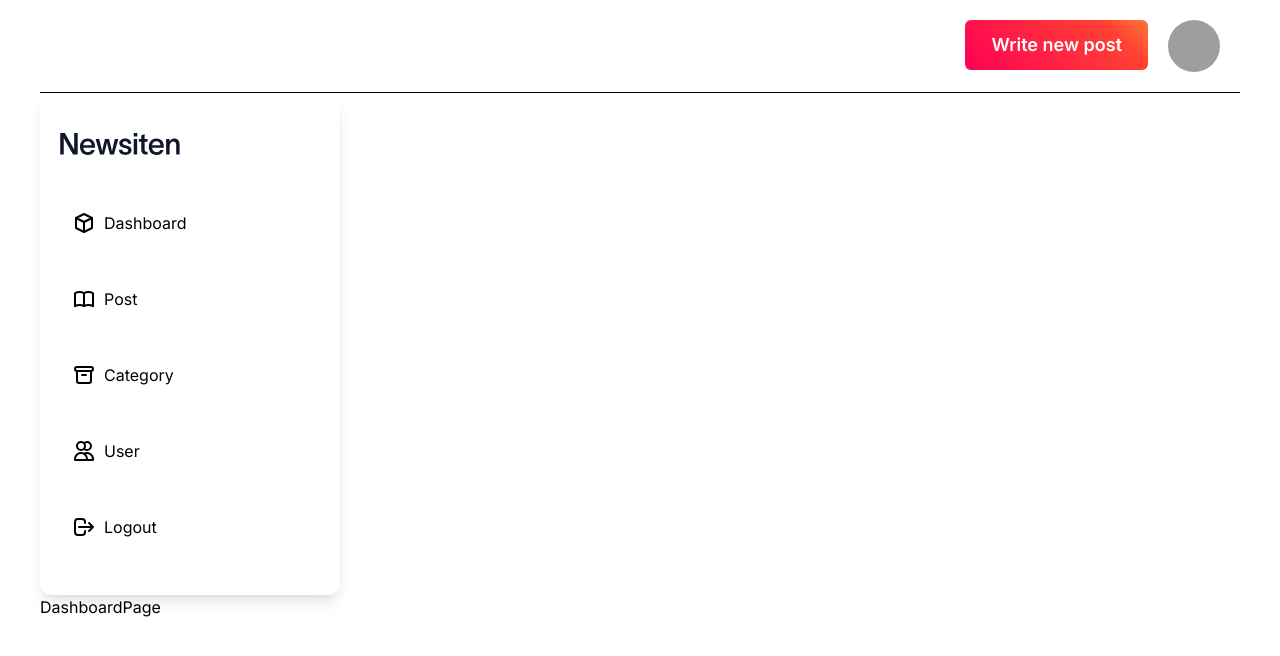
Repository: BrianPhamDev/Blog-App
Page: /dashboard
An editor plug-in stored every save of this project. The page is shown before and after the next save, followed by the edit.
The browser window is 1280 px wide. The pictures show the whole page.
Pictures or frames that could not be fetched are drawn as grey boxes. The project was rebuilt for these pictures with package versions that can differ from the ones it lists, and the page was loaded fresh each time. Also part of the build but not shown: src/pages/signUpPage/signUpPage.scss, src/components/label/label.scss, src/components/label/Label.js, src/components/input/input.scss, src/components/input/Input.js, src/components/input/InputPasswordToggle.js, src/components/input/index.js, src/pages/authenticationPage/authenticationPage.scss and 23 more. Imported but missing from the stored project, and not drawn on this page: src/components/icons.

Above is the page before, as saved 2023-08-02 21:08:47.

### public/index.html
<!DOCTYPE html>
<html lang="en">
  <head>
    <meta charset="utf-8" />

    <meta name="viewport" content="width=device-width, initial-scale=1" />

    <title>React App</title>
  </head>
  <body>
    <div id="root"></div>
  </body>
</html>

### src/index.js
import React from "react";
import "./styles/index.scss";
import App from "./App";
import reportWebVitals from "./reportWebVitals";
import { BrowserRouter } from "react-router-dom";
import { createRoot } from "react-dom/client";
import { ToastContainer } from "react-toastify";
import "react-toastify/dist/ReactToastify.css";

const container = document.getElementById("root");
const root = createRoot(container);

root.render(
  <React.StrictMode>
    <BrowserRouter>
      <App />
      <ToastContainer></ToastContainer>
    </BrowserRouter>
  </React.StrictMode>
);

reportWebVitals();

### src/styles/index.scss
@tailwind base;
@tailwind components;
@tailwind utilities;

@import "reset";
@import url("https://fonts.googleapis.com/css2?family=Inter:wght@100;200;300;400;500;600;700;800;900&display=swap");

@layer base {
  :root {
    --primary: #ff0055;
    --primary-active: #e5004c;
    --primary-grad2: #ff4133;
    --grad2-active: #e53a2e;
    --primary-grad3: #ff7633;
    --grad3-active: #e56a2e;
    --primary-d: #ff1a66;
    --primary-grad2-d: #ff5448;
    --primary-grad3-d: #ff8448;
    --danger: #f00;
    --danger-active: #e50000;
    --border-inactive: #ccc;
    --background-active: #000000;
    --background-inactive: #e7ecf3d6;
    --inactive: rgb(54, 54, 54);
    --text-meta: #91a8b0;
    --gray-300: rgb(237, 243, 245);
  }

  html {
    font-family: "Inter", system-ui, sans-serif;
  }
}

@layer utilities {
  .container {
    width: 100%;
    max-width: 1600px;
    margin: 0 auto;
    padding: 0 40px;
  }

  .background-gradient {
    background-image: linear-gradient(
      45deg,
      var(--primary) 0%,
      var(--primary-grad2) 80%,
      var(--primary-grad3) 100%
    );
  }

  .text-gradient {
    background-image: linear-gradient(
      45deg,
      var(--primary) 0%,
      var(--primary-grad2) 80%,
      var(--primary-grad3) 100%
    );
    background-clip: text;
    color: transparent;
  }

  .heading-1 {
    color: #000000;
    font-size: 38px;
    font-weight: 900;
    line-height: 47px;
  }

  .heading-2 {
    font-size: 30px;
    font-weight: 800;
    line-height: 38px;
  }

  .heading-3 {
    font-weight: 600;
    line-height: 28.8px;
    font-size: 16px;
  }

  .heading-4 {
    font-style: 14px;
    line-height: 20px;
    font-weight: 500;
  }

  .bodycopy {
    font-size: 16px;
    line-height: 27.2px;
    font-weight: 400;
  }

  .meta {
    font-style: 12px;
    font-weight: 400;
    line-height: 17px;
  }

  .button-text {
    @apply underline;
    font-size: 14px;
    color: var(--inactive);
    font-weight: 400;
  }

  .input-icon {
    position: absolute;
    right: 20px;
    top: 50%;
    transform: translateY(-50%);
    cursor: pointer;
  }

  .smooth-transition {
    @apply transition-all ease-in-out duration-200;
  }

  .hover-active {
    &:hover,
    &:active {
      @apply background-gradient smooth-transition;
    }
  }
}

### src/App.js
import { Routes, Route } from "react-router-dom";
import { AuthProvider } from "./contexts/auth-context";
import SignUpPage from "./pages/signUpPage/SignUpPage";
import SignInPage from "./pages/signInPage/SignInPage";
import HomePage from "./pages/homePage/HomePage";
import NotFoundPage from "./pages/notFoundPage/NotFoundPage";
import PostDetailsPage from "./module/Post/PostDetails/PostDetailsPage";
import DashboardPage from "./pages/dashboardPage.js/DashboardPage";
import DashboardLayout from "./module/dashboard/DashboardLayout";

function App() {
  return (
    <div>
      <AuthProvider>
        <Routes>
          <Route path="/" element={<HomePage />}></Route>
          <Route path="/sign-up" element={<SignUpPage />}></Route>
          <Route path="/sign-in" element={<SignInPage />}></Route>

          <Route path="*" element={<NotFoundPage />}></Route>
          <Route path="/:slug" element={<PostDetailsPage />}></Route>
          <Route element={<DashboardLayout />}>
            <Route path="/dashboard" element={<DashboardPage />}></Route>
          </Route>
        </Routes>
      </AuthProvider>
    </div>
  );
}

export default App;

### src/styles/_reset.scss
*,
*::before,
*::after {
  box-sizing: border-box;
}
* {
  margin: 0;
  padding: 0;
}

html,
body {
  height: 100%;
}
body {
  line-height: 1.5;
  -webkit-font-smoothing: antialiased;
  -webkit-tap-highlight-color: rgba(0, 0, 0, 0);
}

img,
picture,
video,
canvas,
svg {
  display: block;
  max-width: 100%;
}
input,
button,
textarea,
select {
  font: inherit;
  outline: none;
  border: none;
}
p,
h1,
h2,
h3,
h4,
h5,
h6 {
  overflow-wrap: break-word;
}

### src/contexts/auth-context.js
import { onAuthStateChanged } from "firebase/auth";
import { useEffect, useState } from "react";
import { auth } from "../firebase/firebase-config";

const { createContext, useContext } = require("react");

const AuthContext = createContext();

function AuthProvider(props) {
  const [userInfo, setUserInfo] = useState("");
  const value = { userInfo, setUserInfo };
  useEffect(() => {
    onAuthStateChanged(auth, (user) => {
      setUserInfo(user);
    });
  }, []);
  return <AuthContext.Provider value={value} {...props}></AuthContext.Provider>;
}

function useAuth() {
  const context = useContext(AuthContext);
  if (typeof context === "undefined")
    throw new Error("useAuth must be used within AuthProvider");
  return context;
}

export { AuthProvider, useAuth };

### src/module/dashboard/DashboardLayout.js
import React from "react";
import DashboardHeader from "./DashboardHeader";
import Sidebar from "./Sidebar";
import { Outlet } from "react-router-dom";
const DashboardLayout = ({ children }) => {
  return (
    <div className="container">
      <DashboardHeader></DashboardHeader>
      <div className="dashboard-main">
        <Sidebar>Sidebar</Sidebar>
        <div className="dashboard-children">
          <Outlet></Outlet>
        </div>
      </div>
    </div>
  );
};

export default DashboardLayout;

### src/firebase/firebase-config.js
// Import the functions you need from the SDKs you need
import { initializeApp } from "firebase/app";
import { getFirestore } from "firebase/firestore";
import { getAuth } from "firebase/auth";
// TODO: Add SDKs for Firebase products that you want to use
// https://firebase.google.com/docs/web/setup#available-libraries

// Your web app's Firebase configuration
const firebaseConfig = {
  apiKey: "AIzaSyBvYgsZz9zgVLPl1CRt32h11zSY1hwyQnQ",
  authDomain: "blogging-dc5e9.firebaseapp.com",
  projectId: "blogging-dc5e9",
  storageBucket: "blogging-dc5e9.appspot.com",
  messagingSenderId: "470546749308",
  appId: "1:470546749308:web:b657e2250e78464d5c36f9",
};

// Initialize Firebase
const app = initializeApp(firebaseConfig);

// Initialize Cloud Firestore and get a reference to the service
export const db = getFirestore(app);

// Initialize Firebase Authentication and get a reference to the service
export const auth = getAuth(app);

### src/module/dashboard/DashboardHeader.js
import { Button } from "../../components/button";
import React from "react";

const DashboardHeader = () => {
  return (
    <div className="dashboard-header-wrapper bg-white p-5 border-b border-b-black flex gap-5 justify-end">
      <Button to="/dashboard" className="dashboard-header-button">
        Write new post
      </Button>
      <div className="dashboard-header-avatar h-[52px] w-[52px]">
        <img
          src="https://images.unsplash.com/photo-1568602471122-7832951cc4c5?ixlib=rb-1.2.1&ixid=MnwxMjA3fDB8MHxwaG90by1wYWdlfHx8fGVufDB8fHx8&auto=format&fit=crop&w=3270&q=80"
          alt="guys-smilling"
          className="w-full h-full object-cover rounded-full"
        />
      </div>
    </div>
  );
};

export default DashboardHeader;

### src/module/dashboard/Sidebar.js
import React from "react";
import { NavLink } from "react-router-dom";

const sidebarLinks = [
  {
    title: "Dashboard",
    url: "/dashboard",
    icon: (
      <svg
        xmlns="http://www.w3.org/2000/svg"
        class="h-6 w-6"
        fill="none"
        viewBox="0 0 24 24"
        stroke="currentColor"
        strokeWidth="2"
      >
        <path
          strokeLinecap="round"
          strokeLinejoin="round"
          d="M20 7l-8-4-8 4m16 0l-8 4m8-4v10l-8 4m0-10L4 7m8 4v10M4 7v10l8 4"
        />
      </svg>
    ),
  },
  {
    title: "Post",
    url: "/manage/post",
    icon: (
      <svg
        xmlns="http://www.w3.org/2000/svg"
        class="h-6 w-6"
        fill="none"
        viewBox="0 0 24 24"
        stroke="currentColor"
        strokeWidth="2"
      >
        <path
          strokeLinecap="round"
          strokeLinejoin="round"
          d="M12 6.253v13m0-13C10.832 5.477 9.246 5 7.5 5S4.168 5.477 3 6.253v13C4.168 18.477 5.754 18 7.5 18s3.332.477 4.5 1.253m0-13C13.168 5.477 14.754 5 16.5 5c1.747 0 3.332.477 4.5 1.253v13C19.832 18.477 18.247 18 16.5 18c-1.746 0-3.332.477-4.5 1.253"
        />
      </svg>
    ),
  },
  {
    title: "Category",
    url: "/manage/category",
    icon: (
      <svg
        xmlns="http://www.w3.org/2000/svg"
        class="h-6 w-6"
        fill="none"
        viewBox="0 0 24 24"
        stroke="currentColor"
        strokeWidth="2"
      >
        <path
          strokeLinecap="round"
          strokeLinejoin="round"
          d="M5 8h14M5 8a2 2 0 110-4h14a2 2 0 110 4M5 8v10a2 2 0 002 2h10a2 2 0 002-2V8m-9 4h4"
        />
      </svg>
    ),
  },
  {
    title: "User",
    url: "/manage/user",
    icon: (
      <svg
        xmlns="http://www.w3.org/2000/svg"
        class="h-6 w-6"
        fill="none"
        viewBox="0 0 24 24"
        stroke="currentColor"
        strokeWidth="2"
      >
        <path
          strokeLinecap="round"
          strokeLinejoin="round"
          d="M12 4.354a4 4 0 110 5.292M15 21H3v-1a6 6 0 0112 0v1zm0 0h6v-1a6 6 0 00-9-5.197M13 7a4 4 0 11-8 0 4 4 0 018 0z"
        />
      </svg>
    ),
  },
  {
    title: "Logout",
    url: "/",
    icon: (
      <svg
        xmlns="http://www.w3.org/2000/svg"
        class="h-6 w-6"
        fill="none"
        viewBox="0 0 24 24"
        stroke="currentColor"
        strokeWidth="2"
      >
        <path
          strokeLinecap="round"
          strokeLinejoin="round"
          d="M17 16l4-4m0 0l-4-4m4 4H7m6 4v1a3 3 0 01-3 3H6a3 3 0 01-3-3V7a3 3 0 013-3h4a3 3 0 013 3v1"
        />
      </svg>
    ),
    onClick: () => {},
  },
];

const Sidebar = ({ children }) => {
  return (
    <div className="sidebar-wrapper max-w-[300px] bg-white shadow-lg rounded-xl px-5 py-[40px] flex flex-col gap-5">
      <div className="sidebar-logo mb-5">
        <img src="./Logo.svg" alt="Newsiten" className="max-w-[120px]" />
      </div>
      {sidebarLinks.map((item) => (
        <NavLink
          key={item.url}
          to={item.url}
          className={`menu-item flex gap-2 items-center px-3 py-4 bg-[var(--gray-300)]/80 cursor-pointer hover-active rounded-sm`}
        >
          <div className="menu-icon">{item.icon}</div>
          <div className="menu-title0.">{item.title}</div>
        </NavLink>
      ))}
    </div>
  );
};

export default Sidebar;

### src/components/button/Button.js
import React from "react";
import "./button.scss";
import Spinner from "../spinner/Spinner";
import PropTypes from "prop-types";
import { NavLink } from "react-router-dom";

/**
 * @param {*} onClick Handler onClick
 *@requires
 * @param {string} type Type of button 'button' | 'submit'
 * @returns
 */

const Button = ({
  type = "button",
  onClick = () => {},
  className,
  children,
  isLoading,
  to,
  ...props
}) => {
  const child = !!isLoading ? <Spinner></Spinner> : children;
  if (to !== "" && typeof to === "string")
    return (
      <NavLink to={to} {...props}>
        <button className="w-fit px-[26px] whitespace-nowrap text-white rounded-md font-semibold cursor-pointer text-lg h-[50px] flex items-center justify-center background-gradient">
          {children}
        </button>
      </NavLink>
    );

  return (
    <button type={type} className={`button ${className}`} {...props}>
      {child}
    </button>
  );
};

Button.propTypes = {
  type: PropTypes.oneOf(["button", "submit"]).isRequired,
  isLoading: PropTypes.bool,
  onClick: PropTypes.func,
};

export default Button;

### tailwind.config.js
/** @type {import('tailwindcss').Config} */
module.exports = {
  content: ["./src/**/*.{js,jsx,ts,tsx}"],
  theme: {
    extend: {
      colors: {
        borderInactive: "var(--border-inactive)",
        inactive: "var(--inactive)",
        backgroundInactive: "var(--background-inactive)",
      },
      fontFamily: {},
    },
  },
  plugins: [],
};

Loaded but not shown: src/reportWebVitals.js (common file); src/pages/dashboardPage.js/DashboardPage.js (common file); src/components/button/index.js (common file); src/pages/signInPage/signInPage.scss (no stored copy; drawn as an empty file)

After the next save:
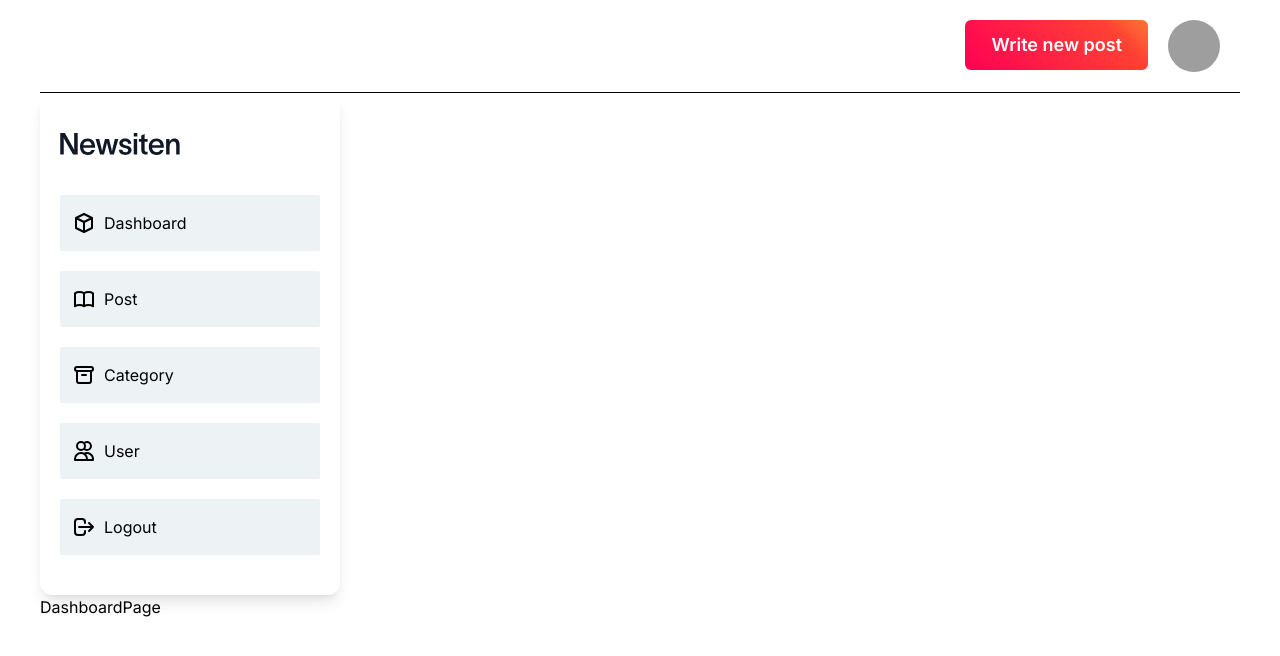
Saved 4 s later.
--- a/src/module/dashboard/Sidebar.js
+++ b/src/module/dashboard/Sidebar.js
@@ -115,7 +115,7 @@
         <NavLink
           key={item.url}
           to={item.url}
-          className={`menu-item flex gap-2 items-center px-3 py-4 bg-[var(--gray-300)]/80 cursor-pointer hover-active rounded-sm`}
+          className={`menu-item flex gap-2 items-center px-3 py-4 bg-[var(--gray-300)] cursor-pointer hover-active rounded-sm`}
         >
           <div className="menu-icon">{item.icon}</div>
           <div className="menu-title0.">{item.title}</div>

After the save that followed:
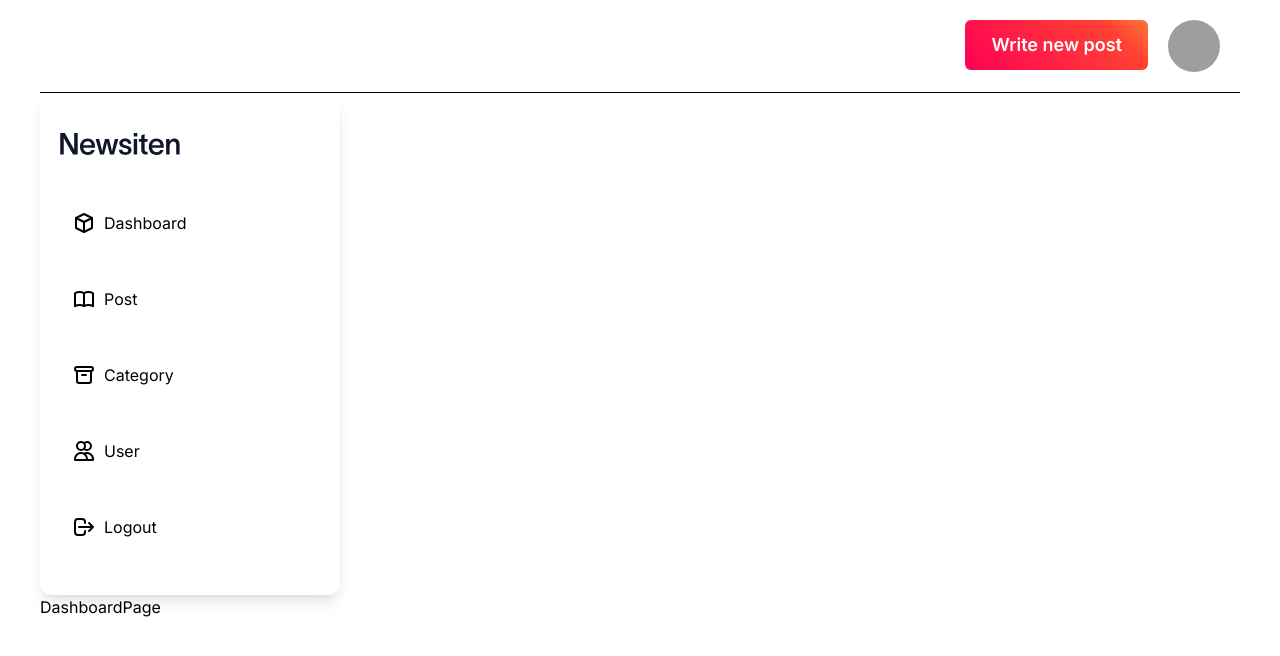
Saved 8 s later.
--- a/src/module/dashboard/Sidebar.js
+++ b/src/module/dashboard/Sidebar.js
@@ -115,7 +115,7 @@
         <NavLink
           key={item.url}
           to={item.url}
-          className={`menu-item flex gap-2 items-center px-3 py-4 bg-[var(--gray-300)] cursor-pointer hover-active rounded-sm`}
+          className={`menu-item flex gap-2 items-center px-3 py-4 bg-[var(--gray-300)]/20 cursor-pointer hover-active rounded-sm`}
         >
           <div className="menu-icon">{item.icon}</div>
           <div className="menu-title0.">{item.title}</div>
